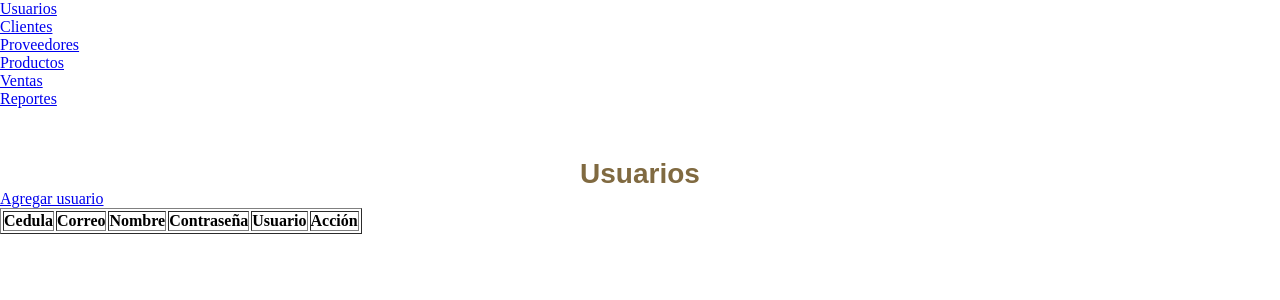
Repository: andresrojas686/tiendaGenericaMintic
Page: http://localhost/primerJSP/usuarios.jsp
These files come from the project's save history. The page is drawn as it stood at one moment and after the next save; the edit follows.
The browser window is 1280 px wide. The pictures show the whole page.
The page is served by Tomcat 9. Other server files are loaded and not shown. Queries for data that is not in the repository find no rows.

Above is the page before, as saved 2021-09-15 19:41:45.

### primerJSP/src/main/webapp/usuarios.jsp
<%@ page language="java" contentType="text/html; charset=ISO-8859-1"
    pageEncoding="ISO-8859-1"%>
<%@ page import = "java.sql.*" %>
<!DOCTYPE html>
<html>
<head>
<meta charset="ISO-8859-1">
<link rel="stylesheet" href="style/styles.css">
<title>Usuarios</title>
</head>
<body>
	<!-- -----------------------Menu-------------------------------- -->
	    <section class="main">
        <div class="container">
            <section class="row">
                <div class="col">
                    <div class="border-top border-bottom py-3">
                        <ul class="nav nav-pills nav-fill">
                            <li class="nav-item">
                                <a href="usuarios.jsp" class="nav-link">Usuarios</a>
                            </li>
                            <li class="nav-item">
                                <a href="clientes.jsp" class="nav-link">Clientes</a>
                            </li>
                            <li class="nav-item">
                                <a href="proveedores.jsp" class="nav-link">Proveedores</a>
                            </li>
                            <li class="nav-item">
                                <a href="productos.jsp" class="nav-link">Productos</a>
                            </li>
                            <li class="nav-item">
                                <a href="ventas.jsp" class="nav-link">Ventas</a>
                            </li>
                            <li class="nav-item">
                                <a href="reportes.jsp" class="nav-link">Reportes</a>
                            </li>
                        </ul>
                    </div>
                </div>
            </section>
            <!-- -----------------------FIN Menu-------------------------------- -->
	<h1 class="titulo-tienda">Usuarios</h1>
	<%
		Class.forName("com.mysql.jdbc.Driver");
		Connection conexion = DriverManager.getConnection("jdbc:mysql://localhost:3306/tienda","root", "Julian0992");
		PreparedStatement ps = conexion.prepareStatement("SELECT * FROM usuarios");
		ResultSet  result = ps.executeQuery();
	%>
	<a href="agregarUsuario.html">Agregar usuario</a>
	<table border="double">
		<tr>
			<th>Cedula</th>
			<th>Correo</th>
			<th>Nombre</th>
			<th>Contraseña</th>
			<th>Usuario</th>
			<th colspan="2">Acción</th>
		</tr>
		<%
			while(result.next()){
		%>
		<tr>
			<td><%= result.getInt("cedula_usuario") %></td>
			<td><%= result.getString("email_usuario") %></td>
			<td><%= result.getString("nombre_usuario") %></td>
			<td><%= result.getString("password") %></td>
			<td><%= result.getString("usuario") %></td>
			<td><a href="editar.jsp?cedula=<%=result.getInt("cedula_usuario")%>">Editar</a></td>
			<td><a href="eliminar.jsp?cedula=<%=result.getInt("cedula_usuario")%>">Eliminar</a></td>
		</tr>
		<%
			}
		%>
	</table>


</body>
</html>

### primerJSP/src/main/webapp/style/styles.css
@charset "ISO-8859-1";
*{
    margin: 0;
    padding: 0;
}
.titulo-tienda{
  text-align: center;
  margin-top: 50px;
  font-family:Arial, Helvetica, sans-serif;
  font-size: 28px;
  color: #806a41;
}
.ingresa{
  text-align: center;
  font-size: 25px;
  color: grey;
}
form label{
  margin-left: 50px;
  margin-top: 7px;
  margin-bottom: 7px;
}
.usuario{
  display: flex;
}
form label input{
  flex-wrap: wrap;
  width: 75vw;
  height: 35px;
  font-size: 15px;
  /* border-radius: 5px; */
}

.contenedor-botones{
  margin-top: 20px;
  display: flex;
  width: 100%;
}

.botones-usuario{
  margin: 0 auto;
  width: 150px;
  height: 40px;
  color: white;
  border: 2px solid #806a41;
  background-color: #806a41;
  border-radius: 10px;
  cursor: pointer;
}
.botones-usuario a{
  color: white;
}
.botones-usuario:hover{
  background-color: white;
  color: #806a41;
  box-shadow: 3px 3px 3px gray;
}
.enlace-usuario{
  text-align: center;
  padding-top: 5px;
  width: 150px;
  height: 40px;
  color: white;
  border: 2px solid #806a41;
  background-color: #806a41;
  border-radius: 10px;
}
.enlace-usuario:hover{
  text-align: center;
  padding-top: 5px;
  width: 150px;
  height: 40px;
  color: white;
  border: 2px solid #806a41;
  background-color: white;
  color: #806a41;
  border-radius: 10px;
}

Loaded but not shown: primerJSP/src/main/webapp/style/main.css (library)

After the next save:
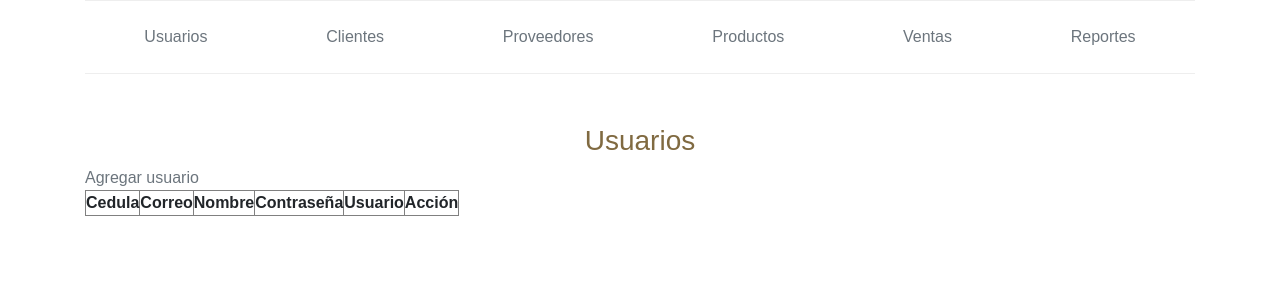
Saved 29 s later.
--- a/primerJSP/src/main/webapp/usuarios.jsp
+++ b/primerJSP/src/main/webapp/usuarios.jsp
@@ -6,6 +6,7 @@
 <head>
 <meta charset="ISO-8859-1">
 <link rel="stylesheet" href="style/styles.css">
+<link rel="stylesheet" href="style/main.css">
 <title>Usuarios</title>
 </head>
 <body>
